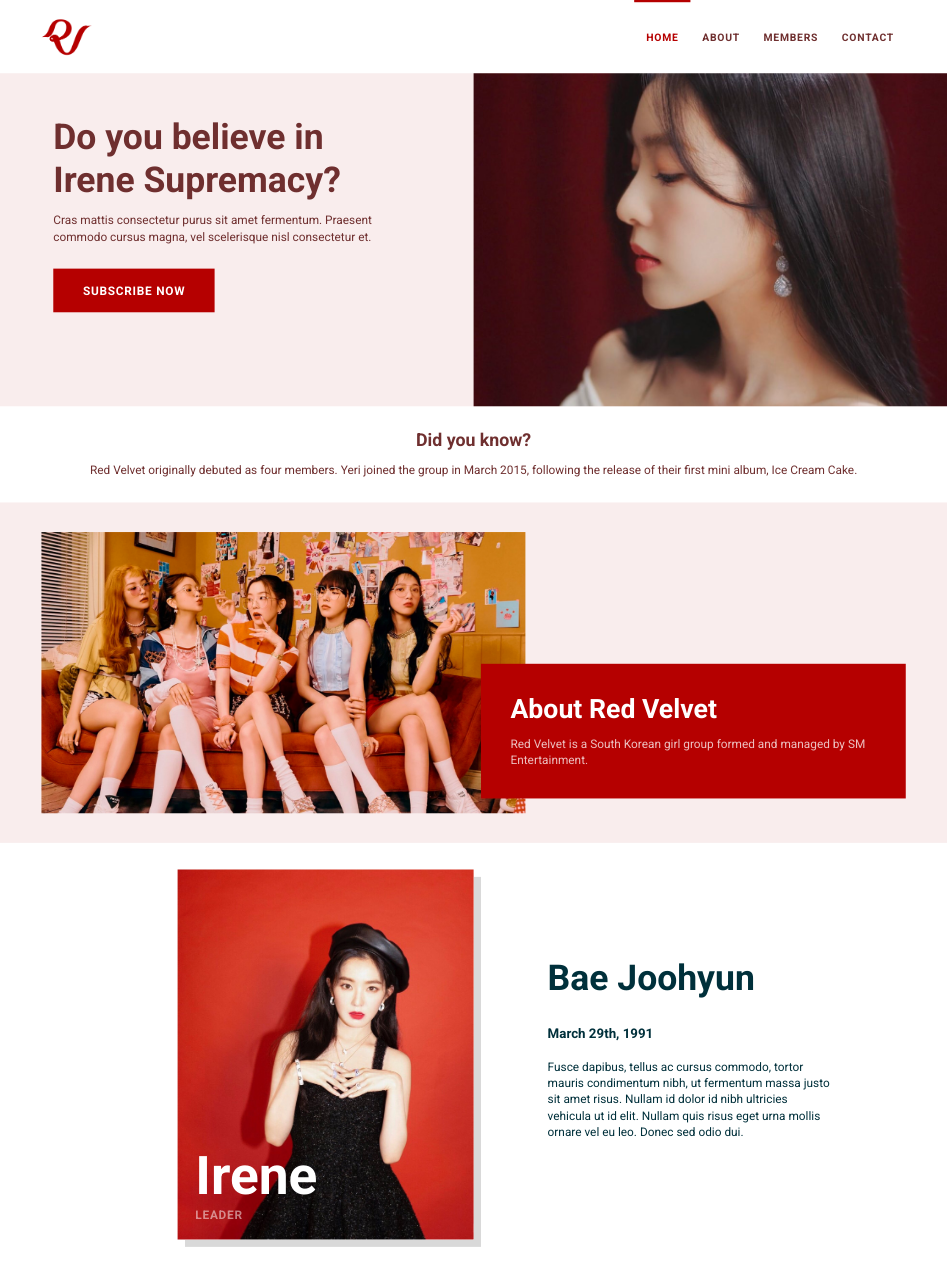
Repository: stillnotdavid/eternity-university
Page: app/index.html
An editor plug-in stored every save of this project. The page is shown before and after the next save, followed by the edit.
The browser window is 1280 px wide. The pictures show the whole page, at 74% of full size.
The style sheet was rebuilt from its Sass, Less or Tailwind sources for each picture, by a compiler version that may differ from the author's.

Above is the page before, as saved 2021-12-05 20:46:54.

After the next save:
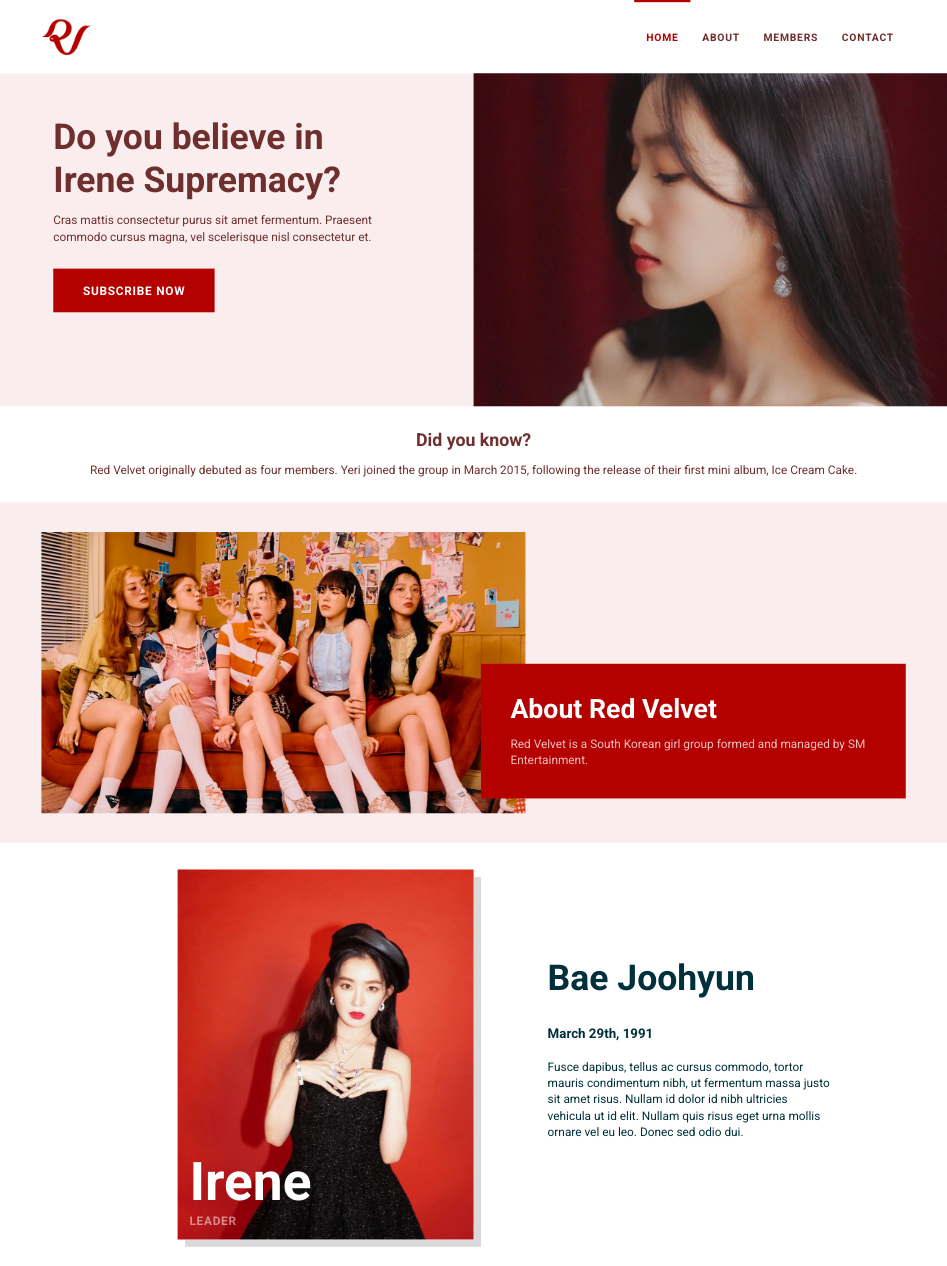
Saved 6 s later.
--- a/app/styles/components/_members.scss
+++ b/app/styles/components/_members.scss
@@ -16,7 +16,7 @@
       margin-left: auto;
       box-shadow: 10px 10px 0 rgba(0, 0, 0, .15);
       display: flex;
-      padding: 24px;
+      padding: $spacing-large;
       flex-direction: column;
       justify-content: flex-end;
     }
